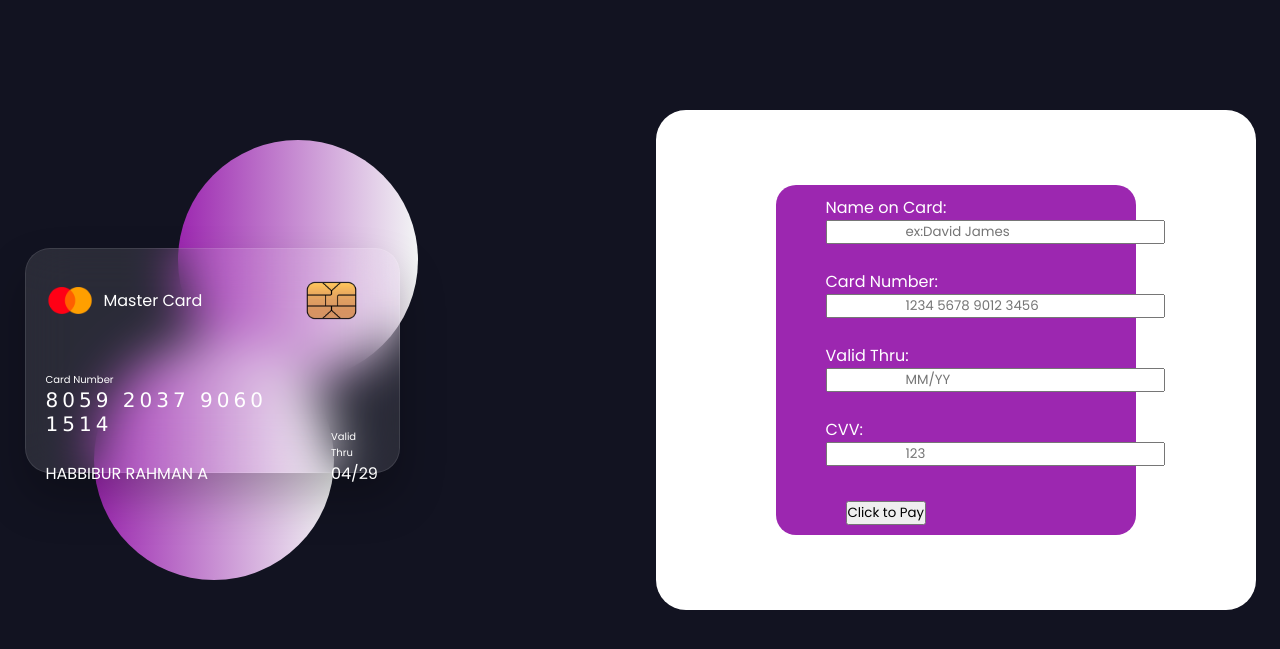
Repository: Habeebur1493/-002-Prompt
Page: index.html
The author's editor kept a copy of each file at every save. The page is drawn from the files as they stood at one save, then again after the next save.
The browser window is 1280 px wide. The pictures show the whole page.

Above is the page before, as saved 2024-09-11 01:26:16.

### index.html
<!DOCTYPE html>
<html lang="en">
<head>
    <meta charset="UTF-8">
    <meta name="viewport" content="width=device-width, initial-scale=1.0">
    <title>Flip Card</title>
    <link rel="stylesheet" href="style.css">
</head>
<body>
    <section>
        <div class="container">
            <div class="card front-face">
                <header>
                    <span class="logo">
                        <img src="Mastercard-Logo.webp" alt="">
                        <h5>Master Card</h5>
                    </span>
                    <img src="file (1).png" alt="" class="chip">
                </header>

                <div class="card-details">
                    <div class="name-number">
                        <h6>Card Number</h6>
                        <h5 class="number">8059 2037 9060 1514</h5>
                        <h5 class="name">HABBIBUR RAHMAN A</h5>
                    </div>
                    <div class="valid-date">
                        <h6>Valid Thru</h6>
                        <h5>04/29</h5>
                    </div>
                </div>
            </div>
            <div class="card back-face">
                <h6>
                    For customer service call +900 1400 1800 or email at mastercard@gmai.com
                </h6>
                <span class="magnetic-strip">
                    <div class="signature"><i>005</i></div>
                    <h5>
                        HDFC Millennia Debit Card
                    </h5>
                    <h6>Yours is a life where creating and living the moments matters more than making money.
                    </h6>
                </span>
            </div>
        </div>
        <div class="content">
            <form action="">
                <label for="name">Name on Card:</label>
                <input type="text" id="name" placeholder="ex:David James" required>
                <br>
                <label for="number">Card Number:</label>
                <input type="number" id="number" placeholder="1234 5678 9012 3456" required>
                <br>
                <label for="valid">Valid Thru:</label>
                <input type="text" id="valid" placeholder="MM/YY" required>
                <br>
                <label for="cvv">CVV:</label>
                <input type="number" id="cvv" placeholder="123" required>
                <br>
                <button>Click to Pay</button>
            </form>

        </div>
    </section>



</body>
</html>

### style.css
@import url('https://fonts.googleapis.com/css2?family=Poppins:ital,wght@0,100;0,200;0,300;0,400;0,500;0,600;0,700;0,800;0,900;1,100;1,200;1,300;1,400;1,500;1,600;1,700;1,800;1,900&display=swap');

*{
    margin: 0;
    padding: 0;
    box-sizing: border-box;
    font-family: "Poppins", sans-serif;
}
section{
    position: relative;
    min-height: 100vh;
    width: 100%;
    background: #121321;
    display: flex;
    align-items: center;
    justify-content: center;
    color: #fff;
    perspective: 1000px;

}
section::before {
    content: "";
    position: absolute;
    height: 240px;
    width: 240px;
    border-radius: 50%;
    transform: translate(-150px, -100px);
    background: linear-gradient(90deg, #9c27b0, #f3f5f5);
    margin-right: 30%;
}
section::after {
    content: "";
    position: absolute;
    height: 240px;
    width: 240px;
    border-radius: 50%;
    transform: translate(150px, 100px);
    background: linear-gradient(90deg, #9c27b0, #f3f5f5);
    margin-right: 90%;
}

.container{
    position: relative;
    height: 225px;
    width: 375px;
    z-index: 100;
    transition: 0.6s;
    transform-style: preserve-3d;
    margin-right: 10%;

}
.container:hover{
    transform: rotateY(180deg);
}
.container .card{
    position: absolute;
    height: 100%;
    width: 100%;
    padding: 20px;
    border-radius: 25px;
    backdrop-filter: blur(25px);
    background: rgba(255, 255, 255, 0.1);
    box-shadow: 0 25px 45px rgba(0, 0, 0, 0.25);
    border: 1px solid rgba(255, 255, 255, 0.1);
    backface-visibility: hidden;
}
.front-face header,
.front-face .logo{
    display: flex;
    align-items: center;
}
.front-face header{
    justify-content: space-between;
}
.front-face .logo img {
    width: 48px;
    margin-right: 10px;

}
h5{
    font-size: 16px;
    font-weight: 400;
}
.front-face .chip{
    width: 95px;
}
.front-face .card-details{
    display: flex;
    margin-top: 40px;
    align-items: flex-end;
    justify-content: space-between;
}
h6{
    font-size: 10px;
    font-weight: 400;

}
h5.number{
    font-size: 20px;
    padding: 0;
    letter-spacing: 4px;
    font-family: Geneva;
}
h5.name{
    margin-top: 25px
}
.card.back-face{
    border: none;
    padding: 15px 25px 25px 25px;
    transform: rotateY(180deg);
}
.card.back-face h6{
    font-size: 8px;
}
.card.back-face .magnetic-strip{
    position: absolute;
    top: 40px;
    left: 0;
    height: 45px;
    width: 100%;
    background: #000;
}

.card.back-face .signature{
    display: flex;
    justify-content: flex-end;
    align-items: center;
    margin-top: 80px;
    height: 40px;
    width: 85%;
    border-radius: 6px;
    background: repeating-linear-gradient(
        #fff,
        #fff 3px,
        #efefef 0px,
        #efefef 9px);
}
.signature i {
    color: #000;
    font-size: 12px;
    padding: 4px 6px;
    border-radius: 4px;
    background-color: #fff;
    margin-right: -30px;
    z-index: -1;

}
.card.back-face h5{
    align-items: center;
    margin-left: 25%;
    font-size: 12px;
    margin-top: 15px;
}
.card.back-face h6{
    align-items: center;
    margin-left: 5%;
    font-size: 7px;
    margin-top: 1px;
}

.content{
    height: 500px;
    width: 600px;
    background-color: #fff;
    margin-left: 10%;
    border-radius: 30px;
    display: flex;
    flex-direction: column;
    justify-content: center;
    align-items: center;
}



.content > form{
    color: #fff;
    display: flex;
    flex-direction: column;
    justify-content: center;
    align-items: flex-start;
    height: 70%;
    width: 60%;
    padding: 50px;
    background-color: #9c27b0;
    border-radius: 20px;
}
.content input{
    padding-left: 30%;
}
.content button{
    margin-top: 10px;
    margin-left: 20px;
}

After the next save:
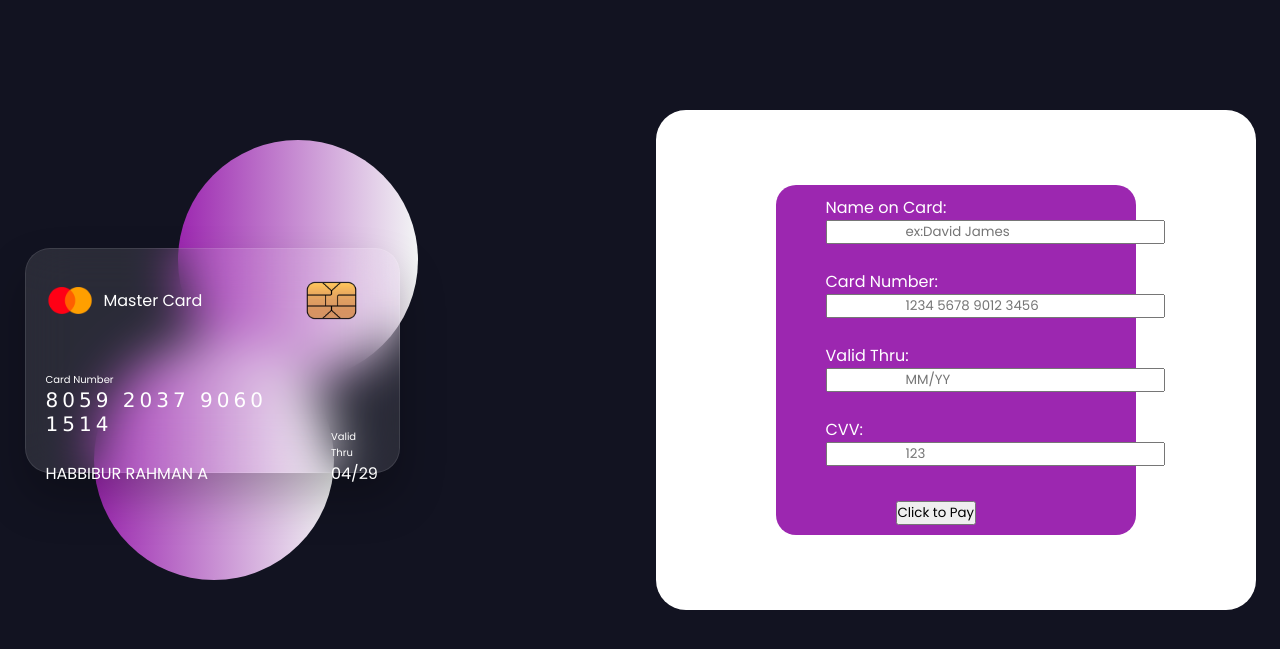
Saved 5 s later.
--- a/style.css
+++ b/style.css
@@ -189,5 +189,5 @@
 }
 .content button{
     margin-top: 10px;
-    margin-left: 20px;
+    margin-left: 70px;
 }
